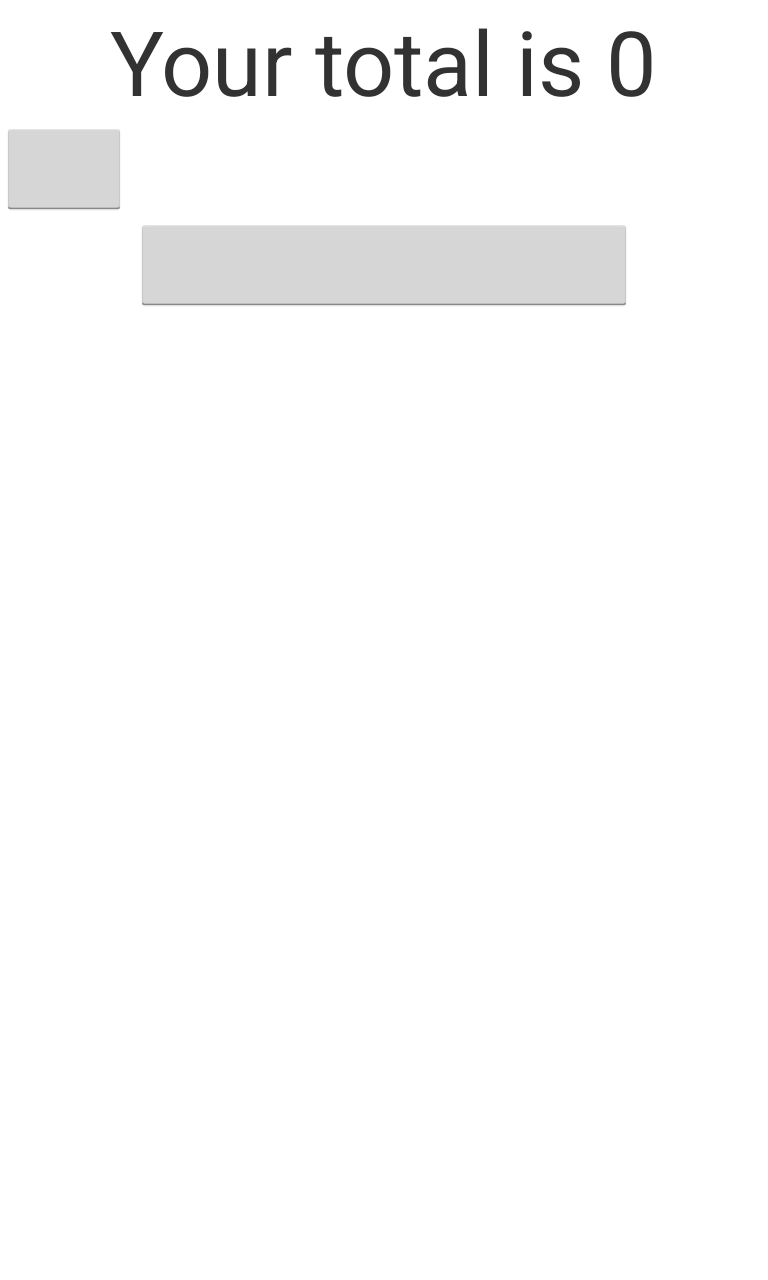
Repository: robadu/workspace
Layout: TheNewBoston/res/layout/activity_main.xml
An editor plug-in stored every save of this project. The layout is shown before and after the next save, followed by the edit.
It is drawn on a 768 x 1280 px phone screen (xhdpi) without system bars, with theme AppTheme; the app's code is not run.

Above is the layout before, as saved 2013-07-23 09:20:19.

After the next save:
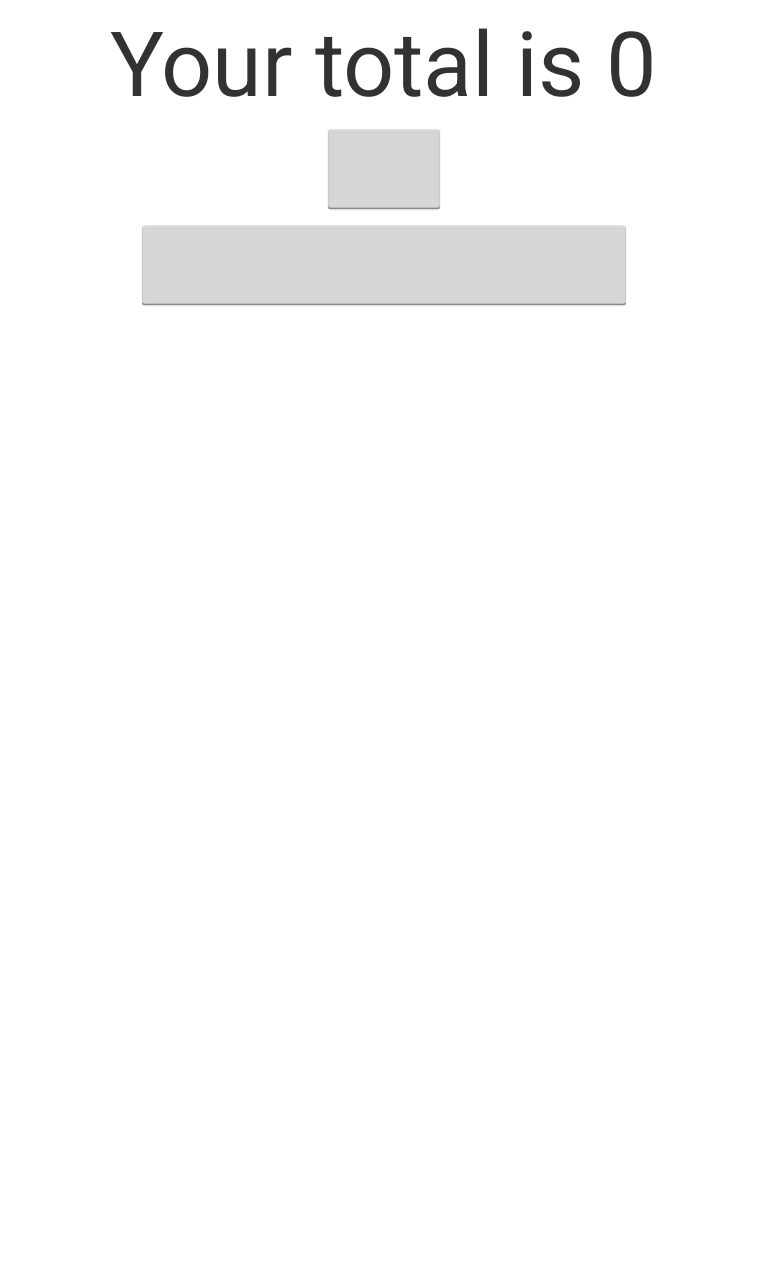
Saved 30 s later.
--- a/TheNewBoston/res/layout/activity_main.xml
+++ b/TheNewBoston/res/layout/activity_main.xml
@@ -16,6 +16,10 @@
     <Button
       android:layout_width="wrap_content"
       android:layout_height="wrap_content"
+      android:tet="Add one"
+      android:layout_gravity="center"
+      android:textSize="20dp"
+
       />
 
 

After the save that followed:
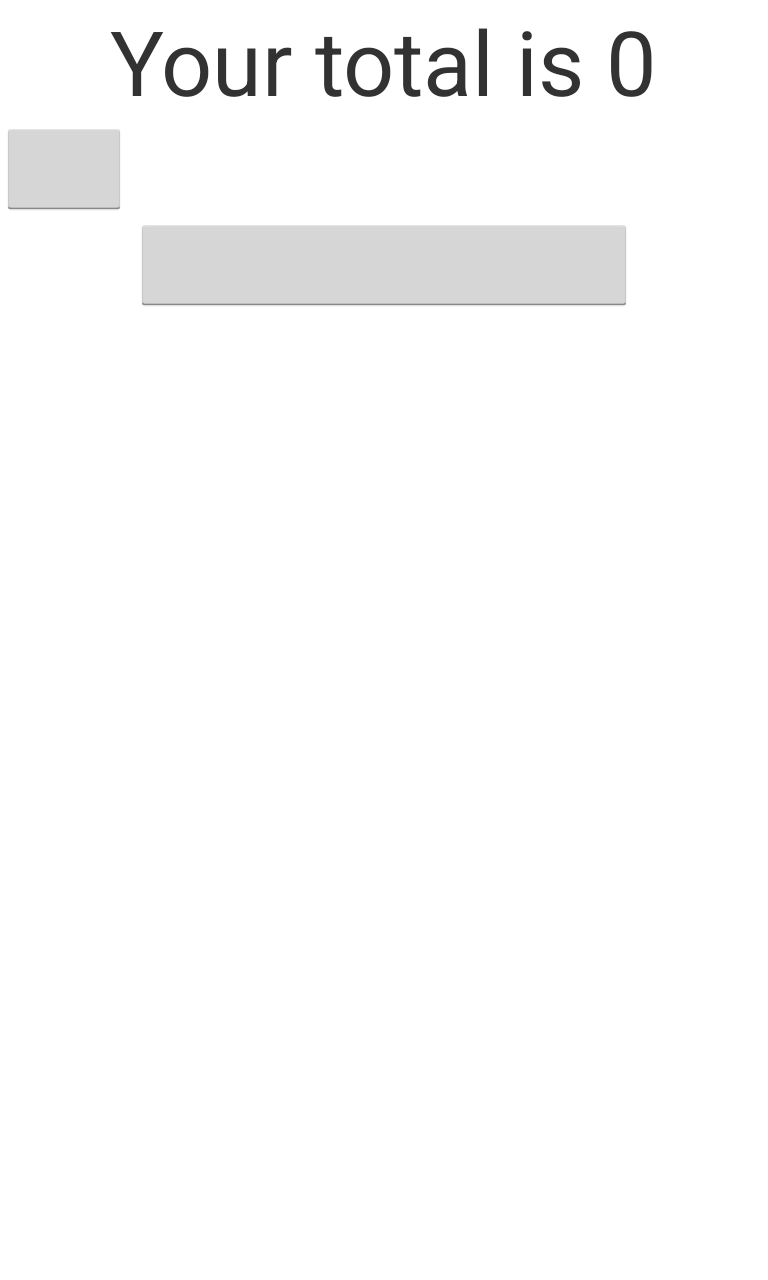
Saved 14 s later.
--- a/TheNewBoston/res/layout/activity_main.xml
+++ b/TheNewBoston/res/layout/activity_main.xml
@@ -16,9 +16,7 @@
     <Button
       android:layout_width="wrap_content"
       android:layout_height="wrap_content"
-      android:tet="Add one"
-      android:layout_gravity="center"
-      android:textSize="20dp"
+
 
       />
 
